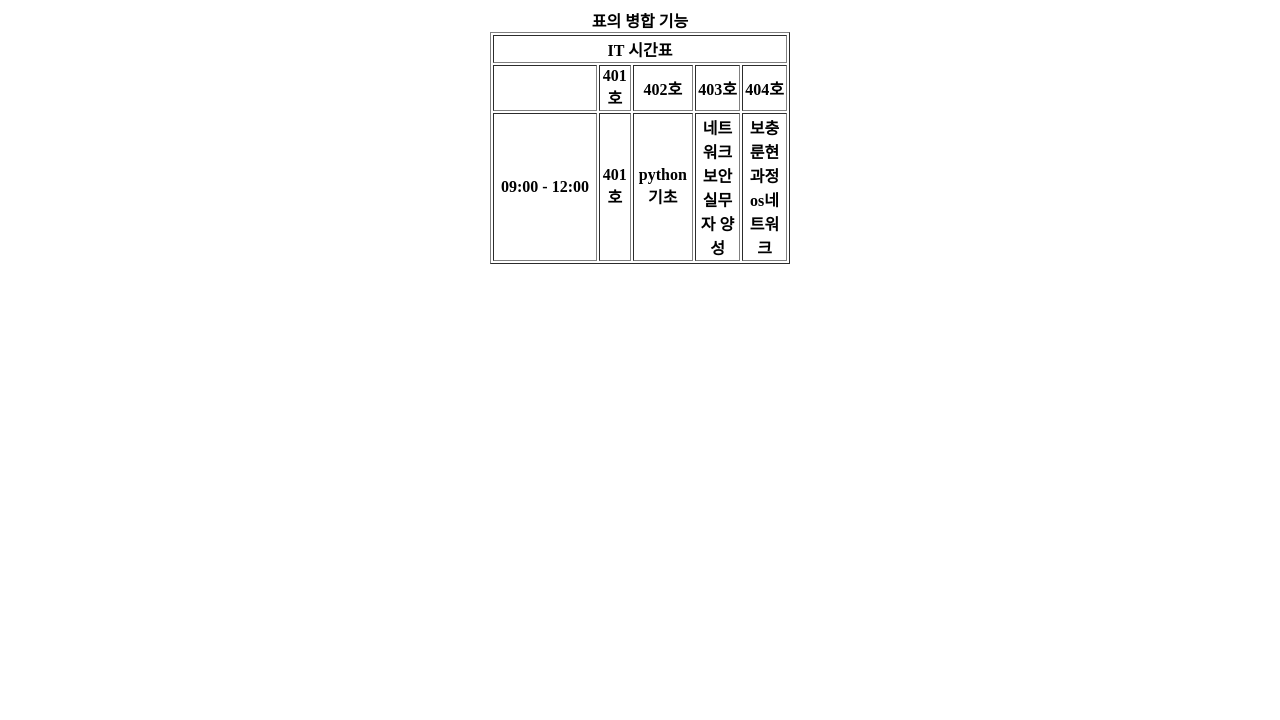
Repository: sika5382/jsp
Page: html/WebContent/NewFile1.html
These files come from the project's save history. The page is drawn as it stood at one moment and after the next save; the edit follows.
The browser window is 1280 px wide. The pictures show the whole page.

Above is the page before, as saved 2020-10-29 06:04:51.

After the next save:
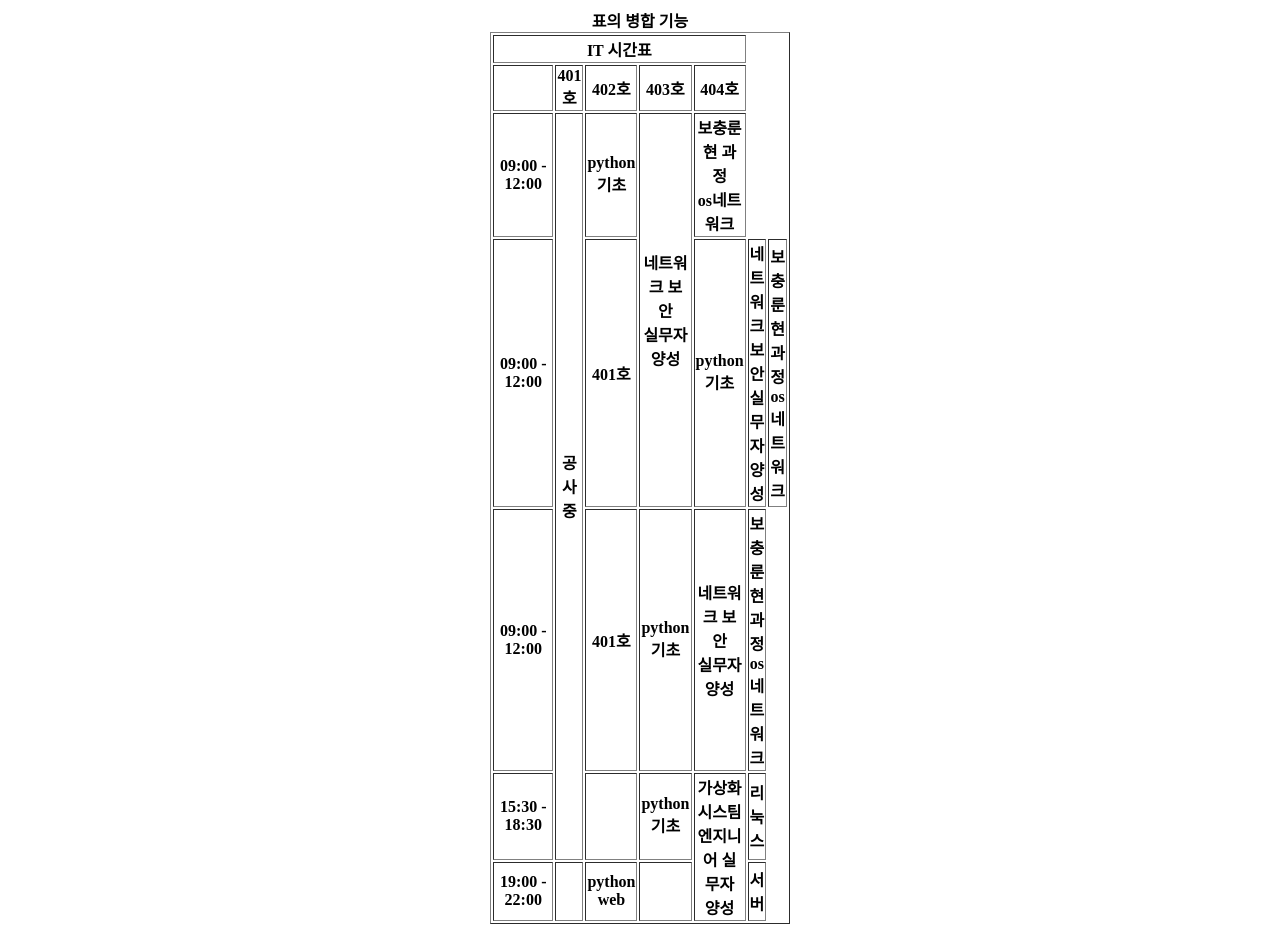
Saved 2 min 49 s later.
--- a/html/WebContent/NewFile1.html
+++ b/html/WebContent/NewFile1.html
@@ -25,12 +25,43 @@
 
 		<tr>
 			<th width ="100">09:00 - 12:00</th>
-			<th rowspan="4">401호</th>
+			<th rowspan="4">공<br>사<br>중</th>
 			<th>python 기초</th>
 			<th rowspan="2">네트워크 보안<br>실무자 양성</th>
 			<th>보충룬현 과정<br>os네트워크</th>
 		</tr>
 
+		<tr>
+			<th width ="100">09:00 - 12:00</th>
+			<th >401호</th>
+			<th>python 기초</th>
+			<th >네트워크 보안<br>실무자 양성</th>
+			<th>보충룬현 과정<br>os네트워크</th>
+		</tr>
+
+		<tr>
+			<th width ="100">09:00 - 12:00</th>
+			<th >401호</th>
+			<th>python 기초</th>
+			<th >네트워크 보안<br>실무자 양성</th>
+			<th>보충룬현 과정<br>os네트워크</th>
+		</tr>
+
+		<tr>
+			<th width ="100">15:30 - 18:30</th>
+			<th ></th>
+			<th>python 기초</th>
+			<th rowspan="2">가상화 시스팀 <br> 엔지니어 실무자 양성</th>
+			<th>리눅스</th>
+		</tr>
+
+		<tr>
+			<th width ="100">19:00 - 22:00</th>
+			<th ></th>
+			<th>python web</th>
+			<th></th>
+			<th>서버</th>
+		</tr>
 
 
 	</table>
